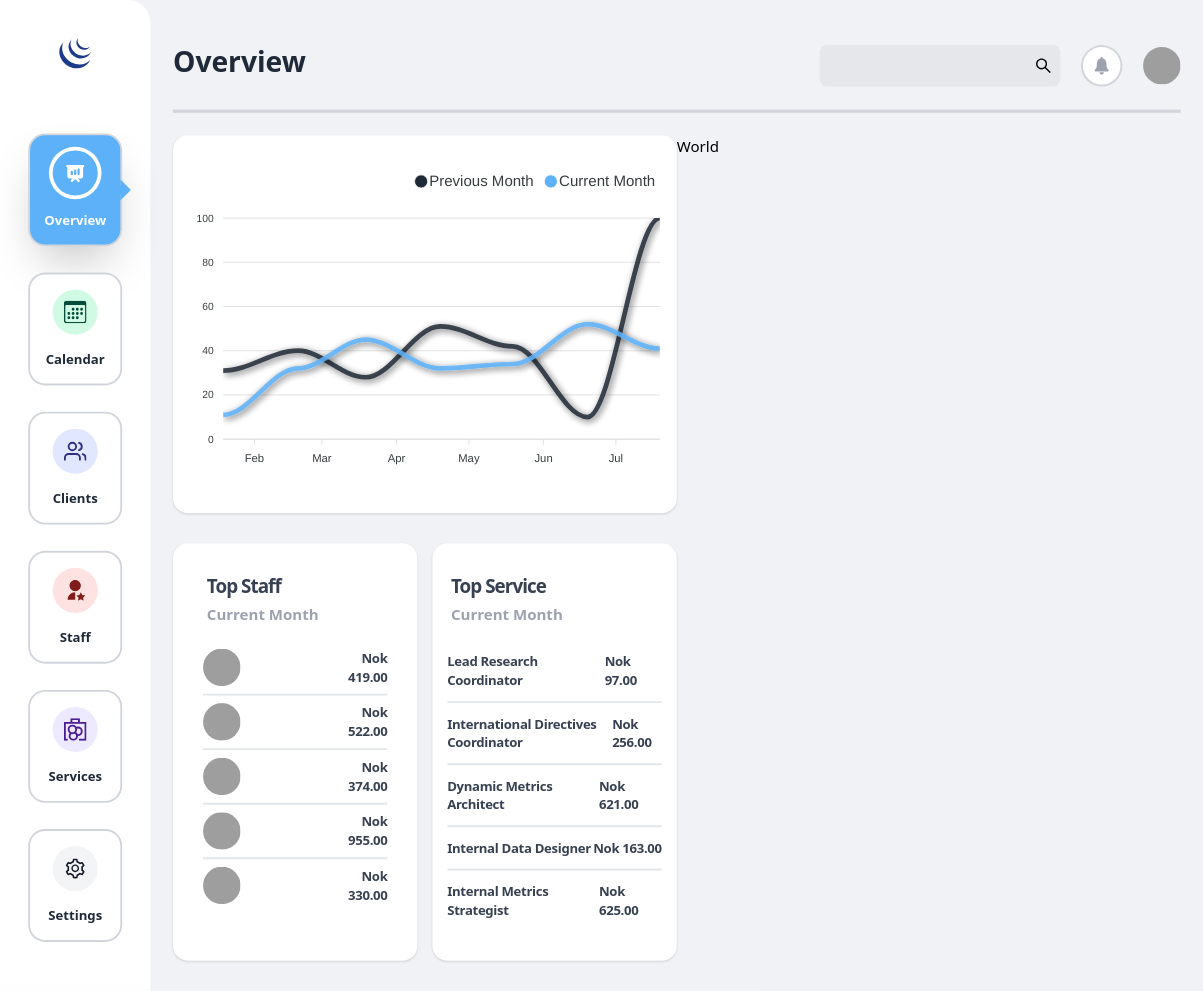
Repository: coolronts/dashboard
Page: /
An editor plug-in stored every save of this project. The page is shown before and after the next save, followed by the edit.
The browser window is 1280 px wide. The pictures show the whole page, at 94% of full size.
Pictures or frames that could not be fetched are drawn as grey boxes. The project was rebuilt for these pictures with package versions that can differ from the ones it lists, and the page was loaded fresh each time. Also part of the build but not shown: craco.config.js.

Above is the page before, as saved 2021-11-28 05:01:39.

After the next save:
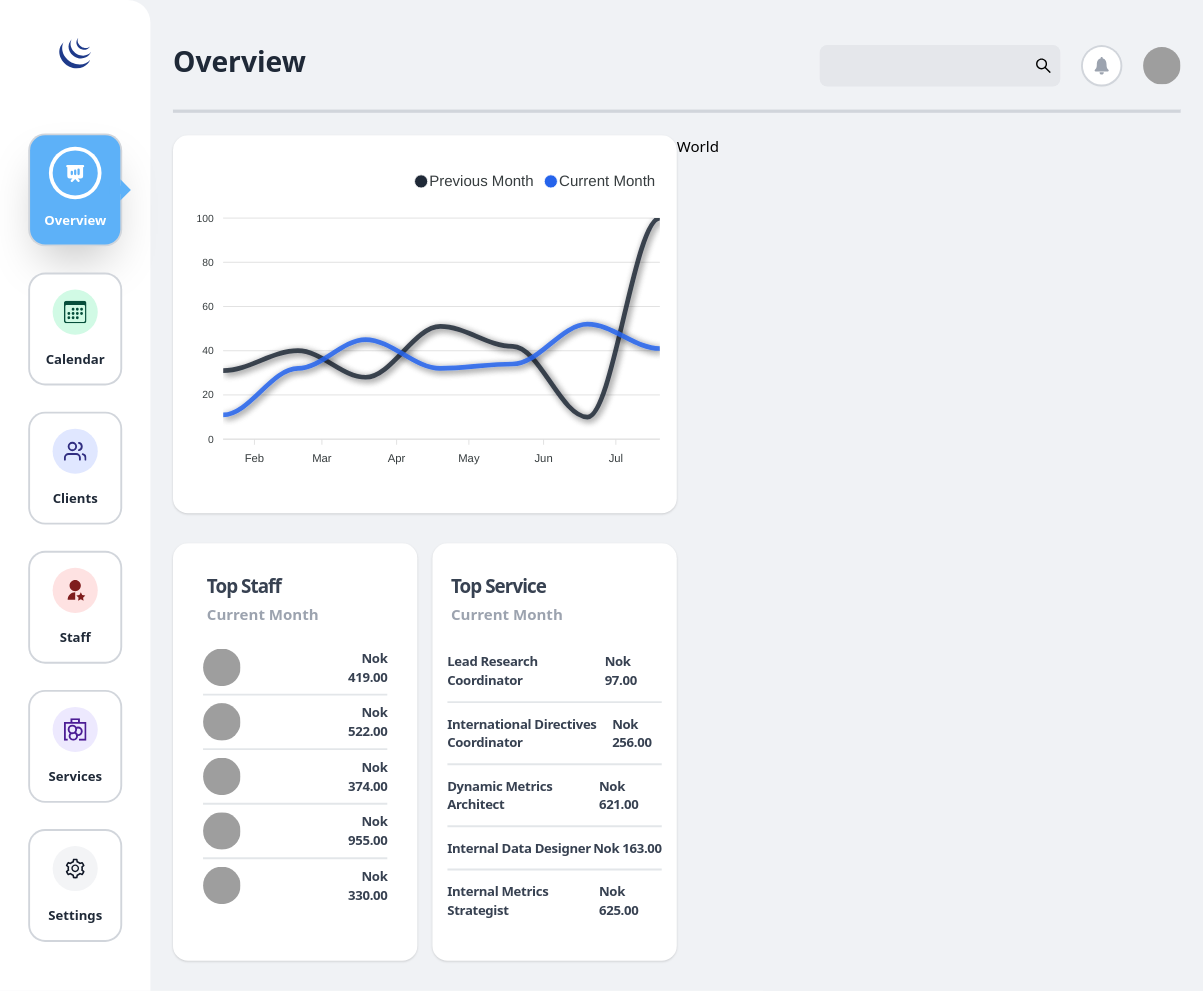
Saved 25 s later.
--- a/src/Components/Charts/MultiLine/index.jsx
+++ b/src/Components/Charts/MultiLine/index.jsx
@@ -12,7 +12,7 @@ const series = [
 
 
 const options = {
-    colors: ['#1F2937', '#5DB1F8'],
+    colors: ['#1F2937', '#2563EB'],
     chart: {
       height: 350,
       type: 'line',
